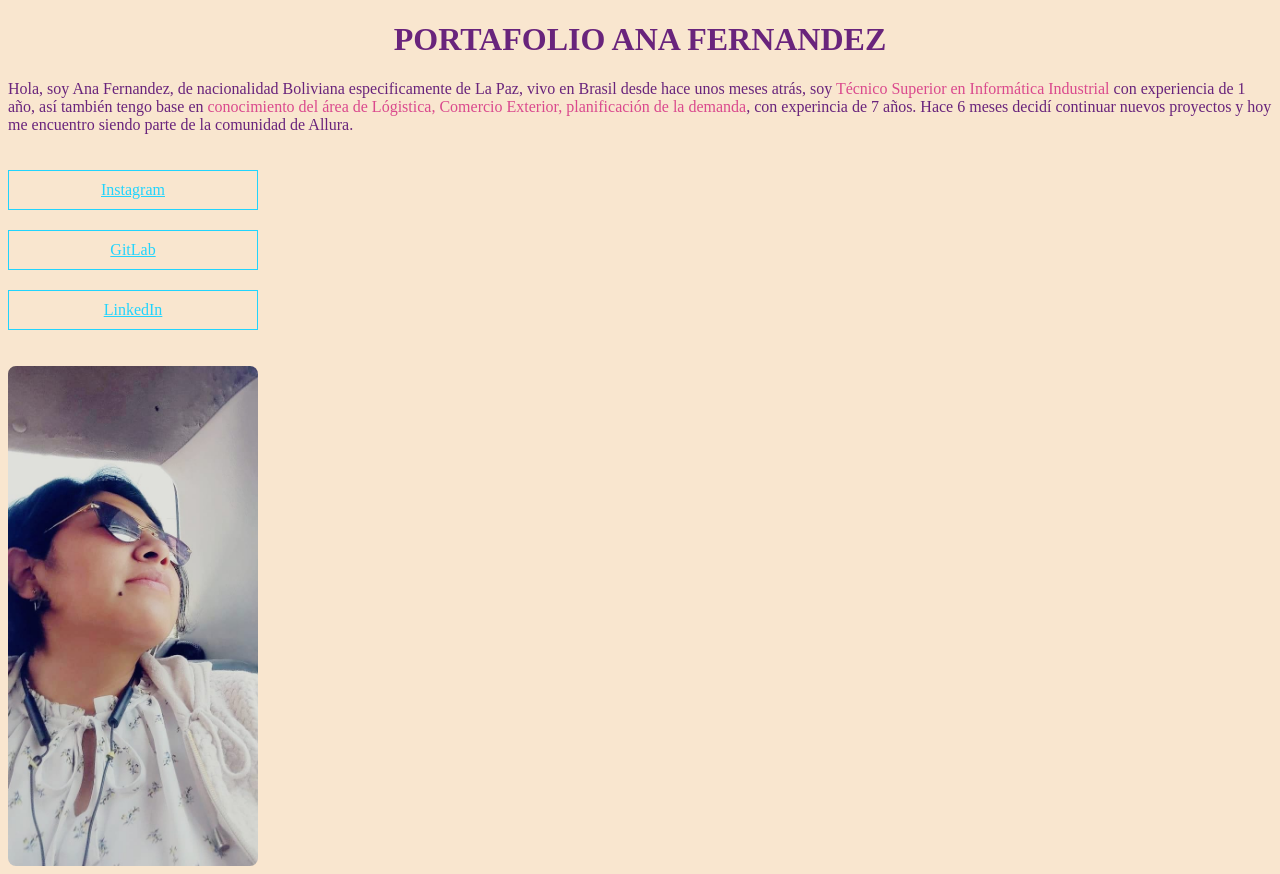
Repository: AnaFzCz/PROYECTOS-HTML---CSS2
Page: Portafolio/index.html
The author's editor kept a copy of each file at every save. The page is drawn from the files as they stood at one save, then again after the next save.
The browser window is 1280 px wide. The pictures show the whole page.

Above is the page before, as saved 2025-01-23 07:41:00.

After the next save:
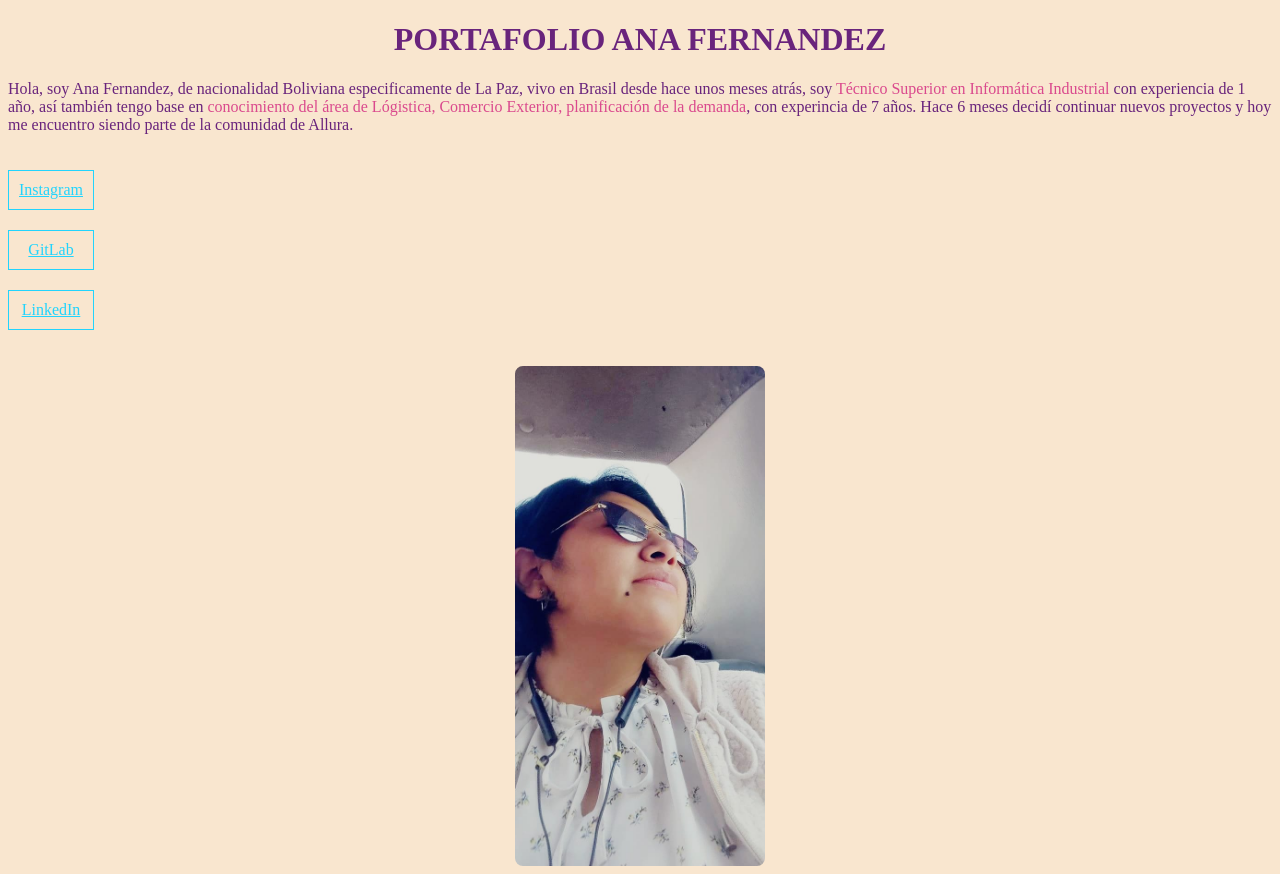
Saved 27 s later.
--- a/Portafolio/index.html
+++ b/Portafolio/index.html
@@ -14,14 +14,15 @@
     <main>
         <h1 style="text-align: center;">PORTAFOLIO ANA FERNANDEZ</h1>
         <p>Hola, soy Ana Fernandez, de nacionalidad Boliviana especificamente de La Paz, vivo en Brasil desde hace unos meses atrás, soy <span>Técnico Superior en Informática Industrial</span> con experiencia de 1 año, así también tengo base en <span>conocimiento del área de Lógistica, Comercio Exterior, planificación de la demanda</span>, con experincia de 7 años. Hace 6 meses decidí continuar nuevos proyectos y hoy me encuentro siendo parte de la comunidad de Allura.</p>
-            <div class="bloq">
+            <div class="bloq" >
         <a class="bot" href="https://instagram.com/anafzcz">Instagram</a>
         <a class="bot" href="https://github.com/AnaFzCz">GitLab</a>
         <a class="bot" href="https://linkedin.com/in/ana-fernandez-cruz-238787124">LinkedIn</a>
         <br>
         <br>
+
+        </div>
         <img src="mindfullness.jpg" alt="myself" style="width:250px;height: 500px;">
-        </div>
     </main>
     <footer></footer>
 </body>
